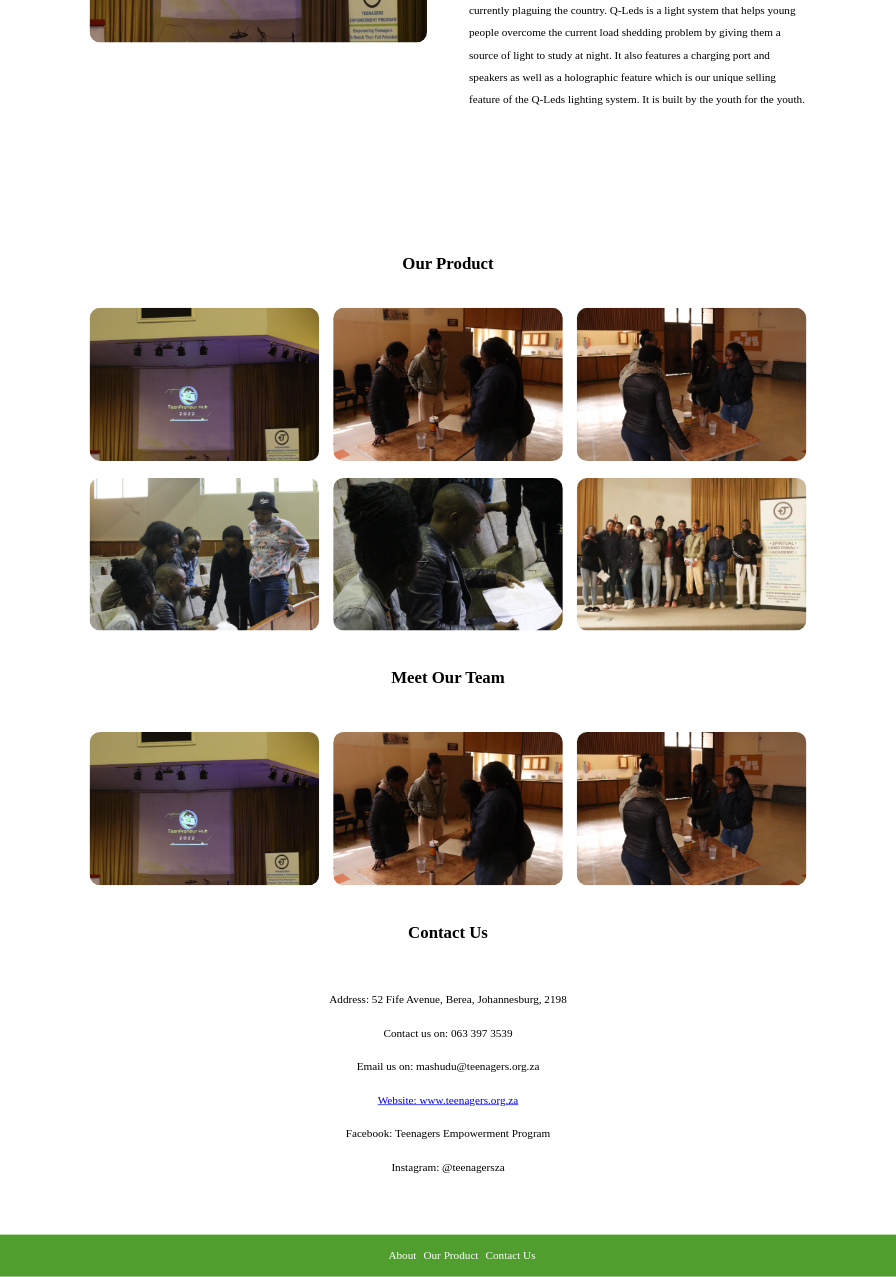
Repository: chadrackkyungu/4-BCT-TPH-Website
Page: index.html
The author's editor kept a copy of each file at every save. The page is drawn from the files as they stood at one save, then again after the next save.
The browser window is 1280 px wide. The pictures show the part of the page from y = 1554 to 3474 px (the page is 3378 px tall before and 3474 px after), at 70% of full size.

Above is the page before, as saved 2022-10-21 09:38:03.

After the next save:
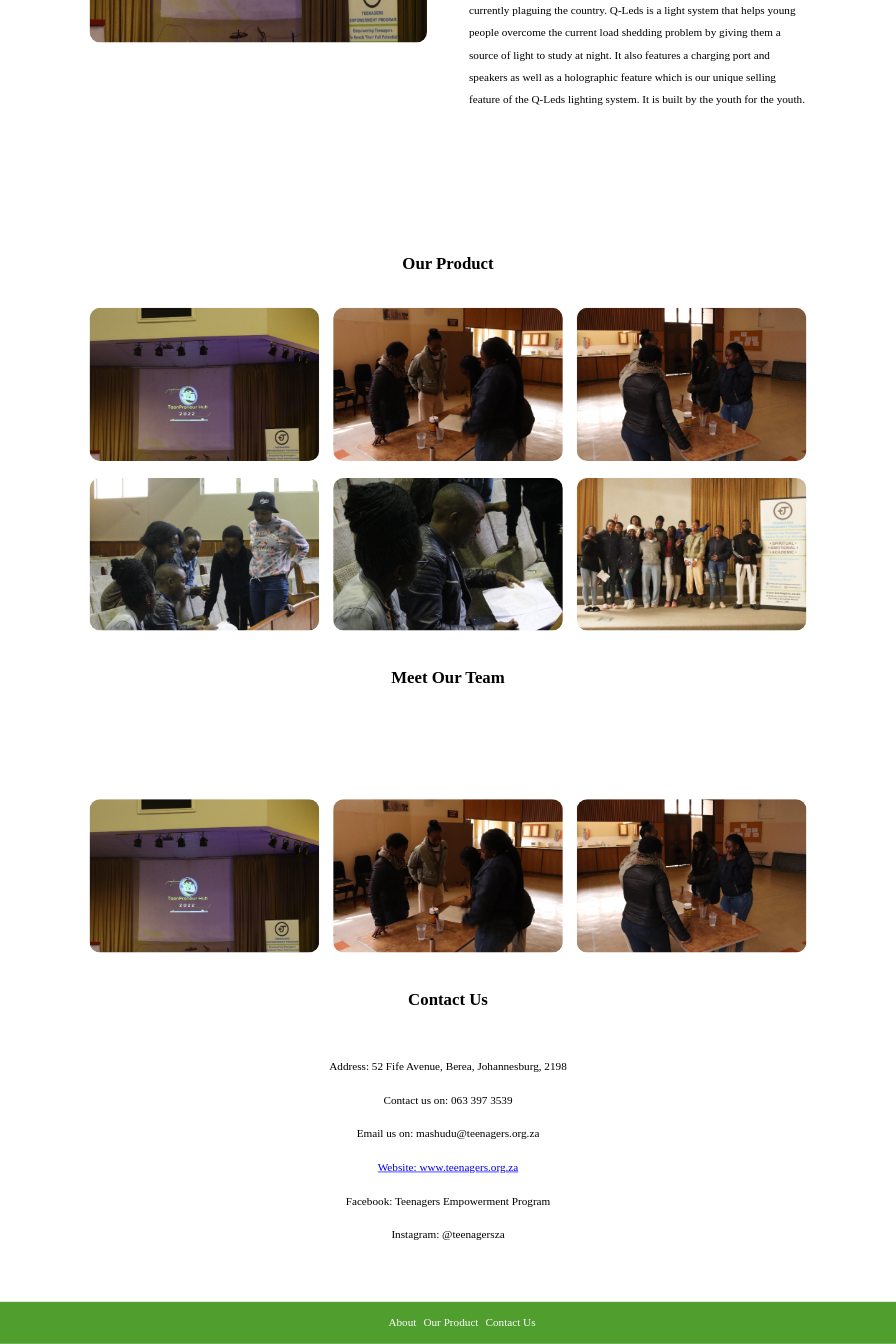
Saved 5 s later.
--- a/src/css/style.css
+++ b/src/css/style.css
@@ -92,7 +92,7 @@
     display: grid;
     grid-template-columns: 1fr 1fr 1fr;
     gap: 20px;
-    margin-top: 4em;
+    margin-top: 10em;
 }
 
 .prductimagecontainer {
